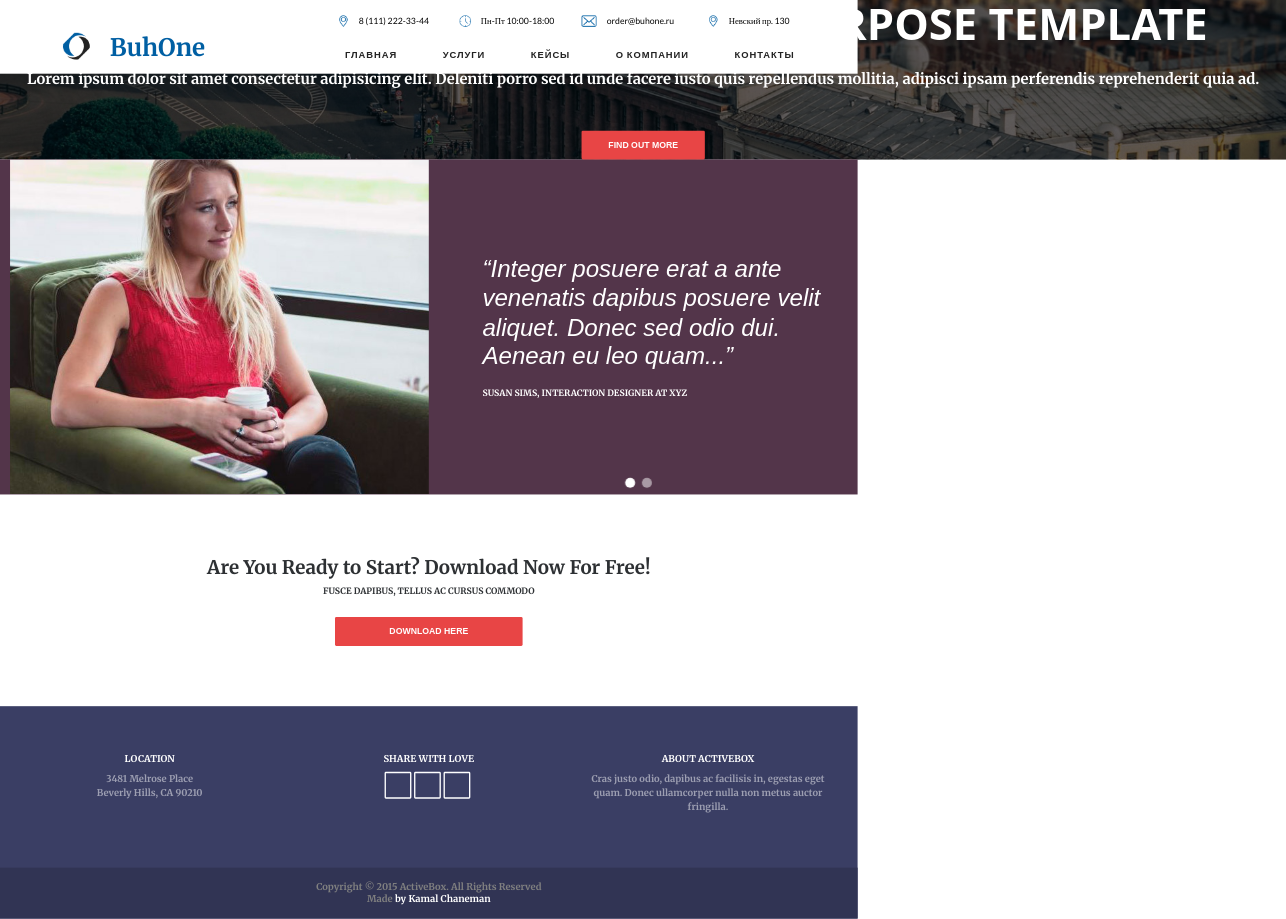
Repository: ZetsubouBilly/test
Page: index.html
These files come from the project's save history. The page is drawn as it stood at one moment and after the next save; the edit follows.
The browser window is 1280 px wide. The page is 1920 px wide, so the pictures cover 1920 px, including what lies to the right of the window. The pictures show the whole page, at 67% of full size.

Above is the page before, as saved 2023-05-13 13:19:10.

After the next save:
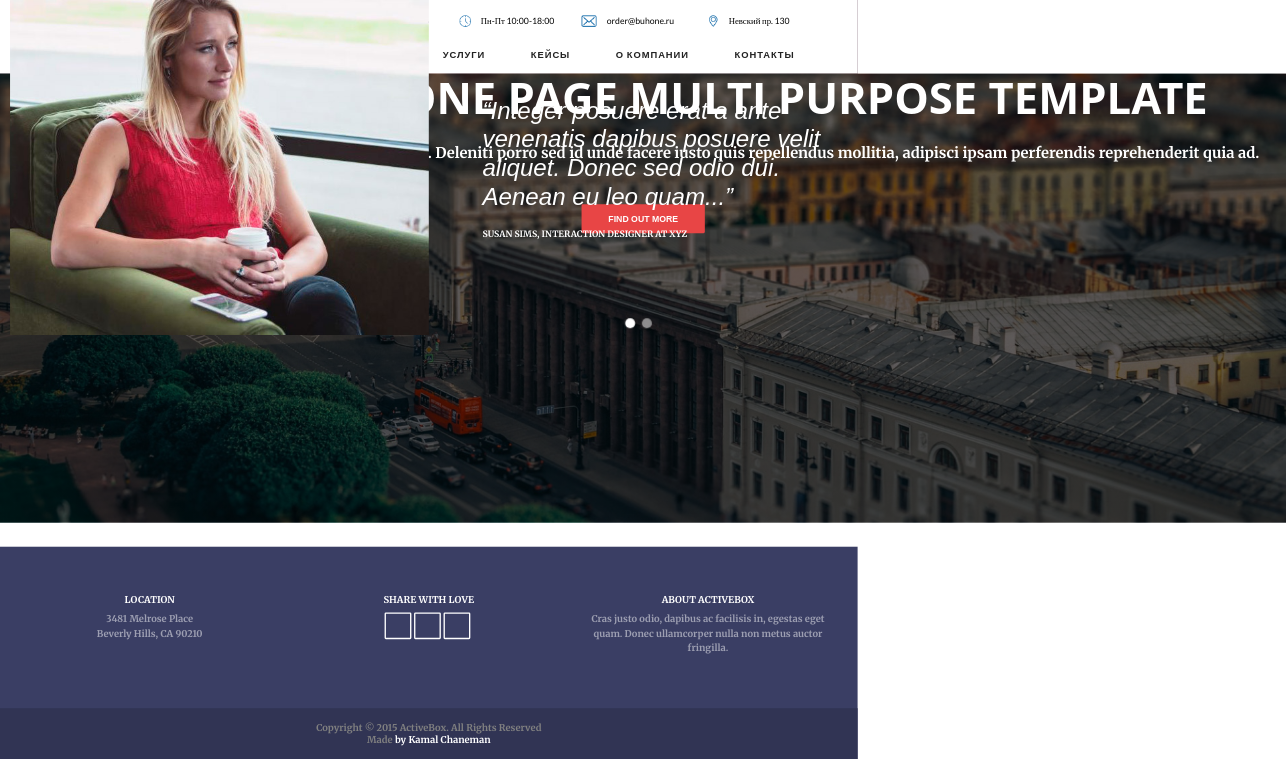
Saved 104 s later.
--- a/css/style.css
+++ b/css/style.css
@@ -172,12 +172,11 @@ p {
 ==================== */
 
 .intro {
-  /* display: flex; */
-  /* flex-direction: column; */
-  /* justify-content: center; */
-  width: 1920px;
-/* height: auto; */
-margin: 0 auto;
+    position: absolute;
+    width: 1920px;
+    height: 670px;
+    left: 0px;
+    top: 110px;
 
 
   background-size: cover;
